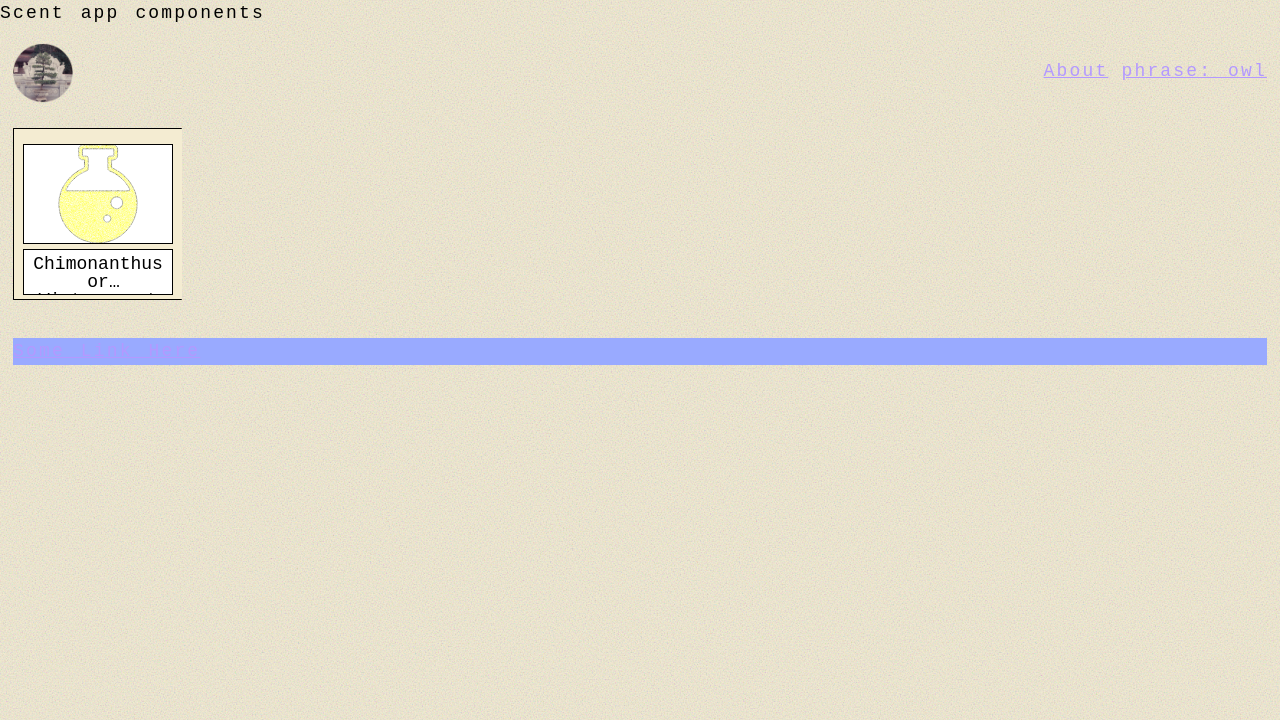
Repository: magiai/scent-app
Page: /
The author's editor kept a copy of each file at every save. The page is drawn from the files as they stood at one save, then again after the next save.
The browser window is 1280 px wide. The pictures show the whole page.
The project was rebuilt for these pictures with package versions that can differ from the ones it lists, and the page was loaded fresh each time. The framework's server and built-in components were replaced by stand-ins that run in the browser.

Above is the page before, as saved 2022-11-30 11:45:28.

After the next save:
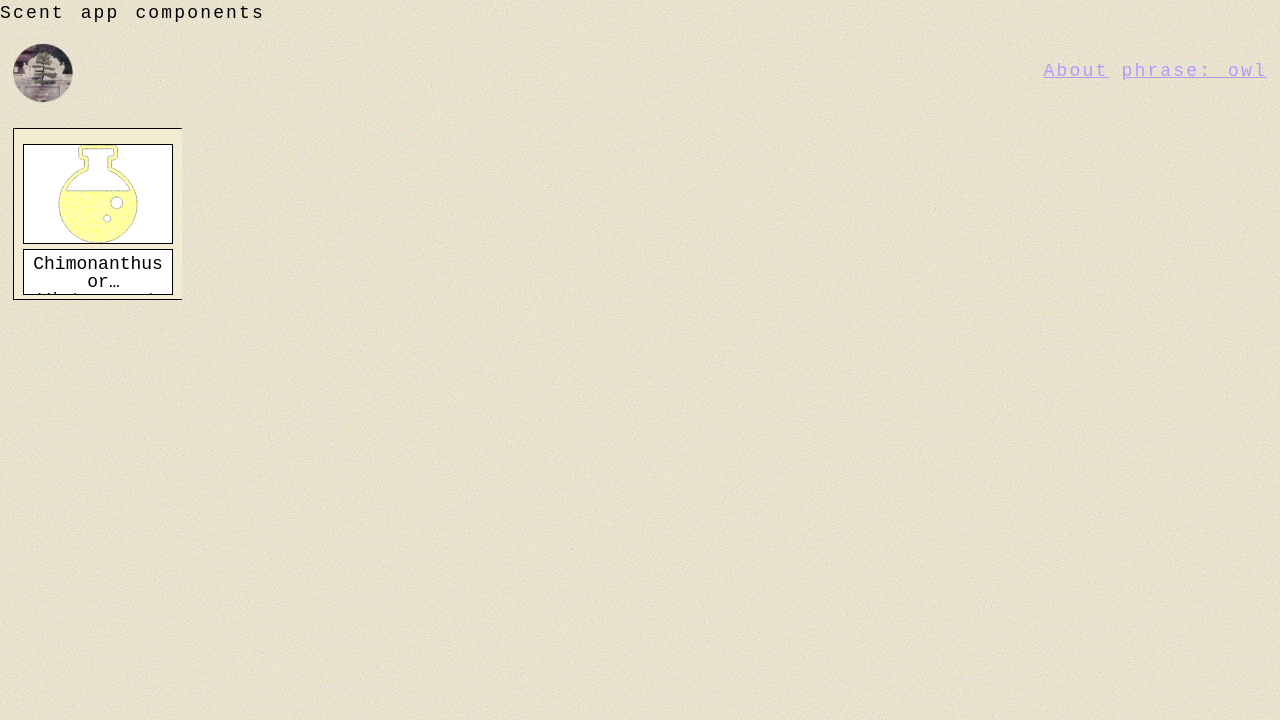
Saved 75 s later.
--- a/components/Layout.tsx
+++ b/components/Layout.tsx
@@ -14,7 +14,7 @@ export default function Layout({
         <div className = {styles.container}>
             <Header/>
             {children}
-            <Footer/>
+            {/* <Footer/> */}
         </div>
     );
 }
